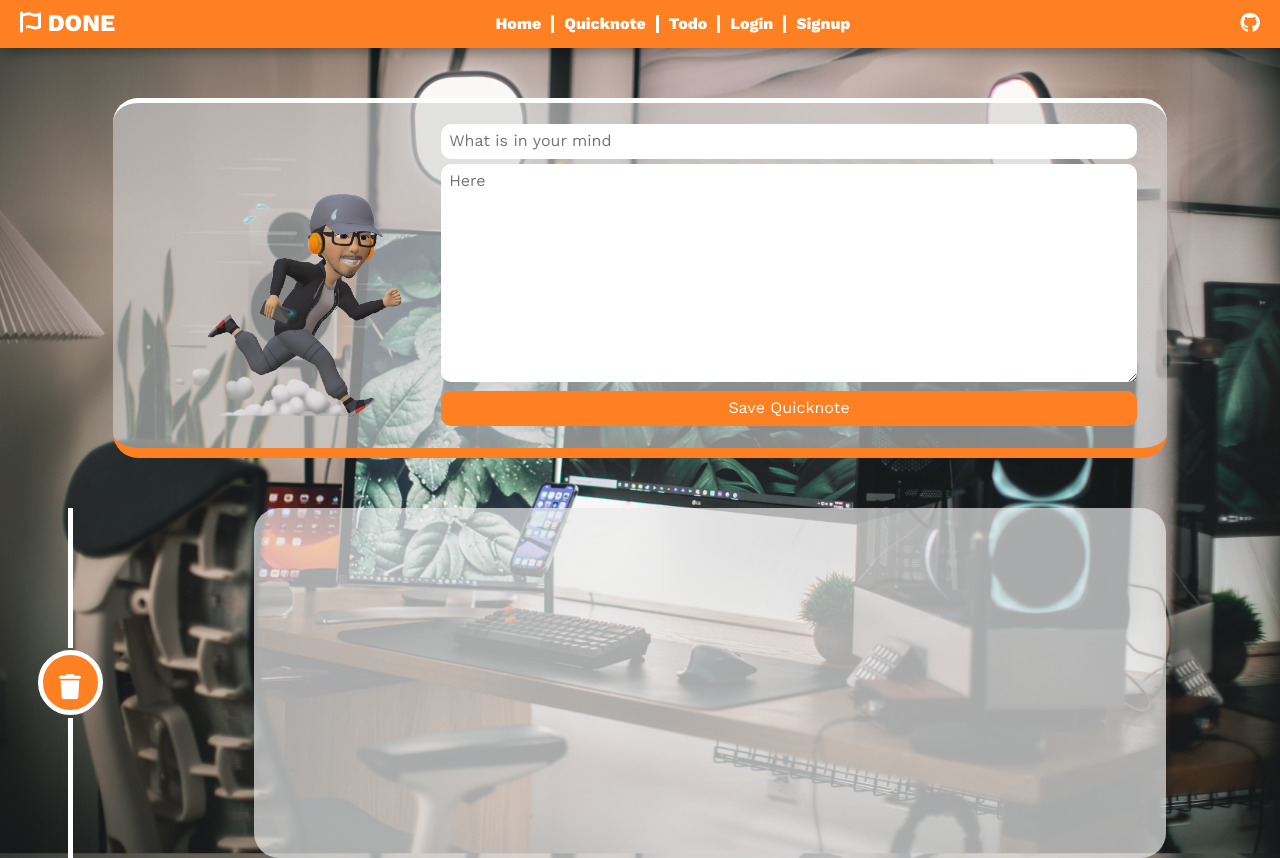
Repository: OmarEssameldinMousa/DONE
Page: quicknote.html
An editor plug-in stored every save of this project. The page is shown before and after the next save, followed by the edit.
The browser window is 1280 px wide. The pictures show the whole page.
The pointer rests on the first visible `.ch_`.
Backgrounds fixed to the window are drawn as part of the page. Some web fonts or font styles are not loaded; a fallback is used.

Above is the page before, as saved 2023-12-18 02:26:29.

After the next save:
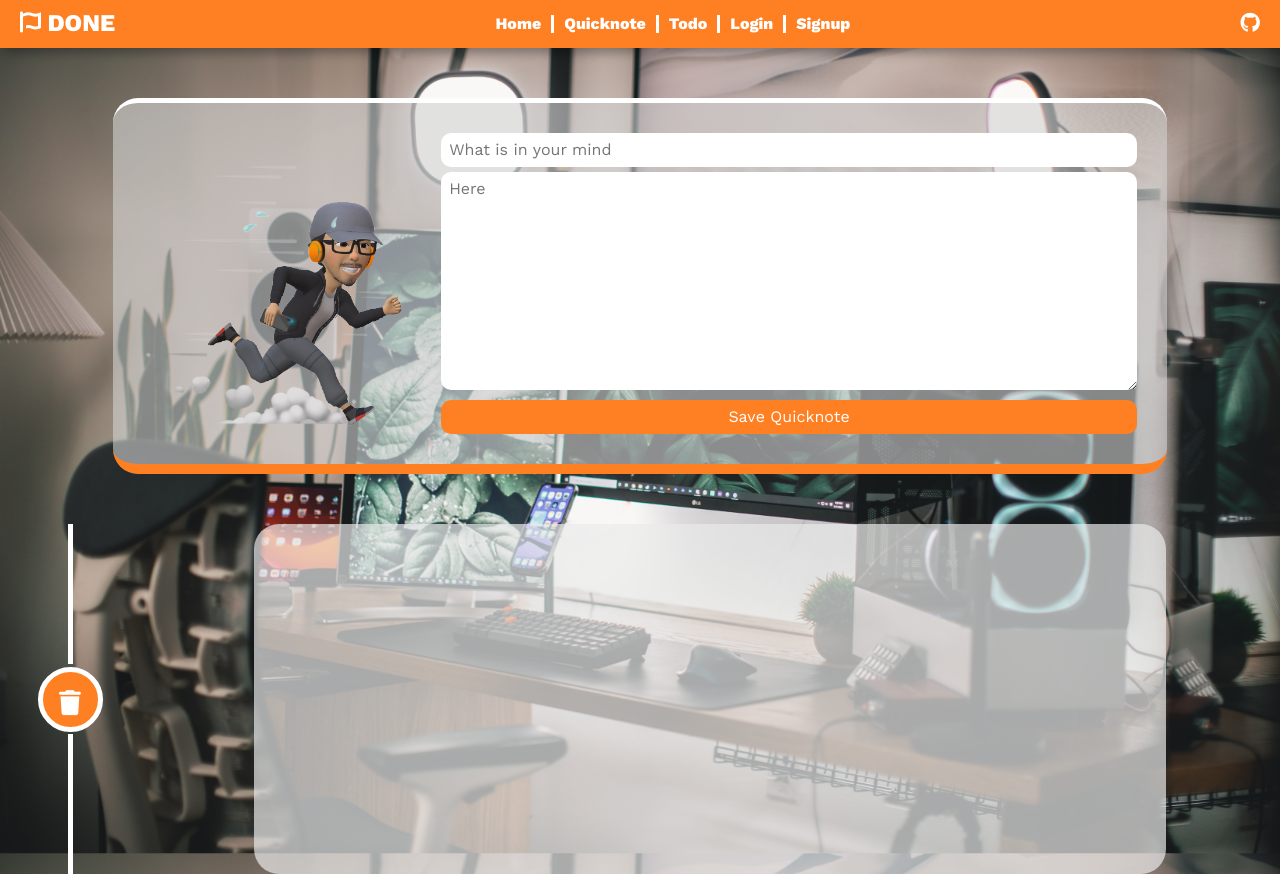
Saved 38 s later.
--- a/CSS/challenges.css
+++ b/CSS/challenges.css
@@ -155,7 +155,7 @@
 }
 .ch_:hover .container1{
     width: calc(80% + 30px);
-    height: 360px;
+    height: auto;
     background-color: rgba(211, 211, 211, 0.6);
 }
 

After the save that followed:
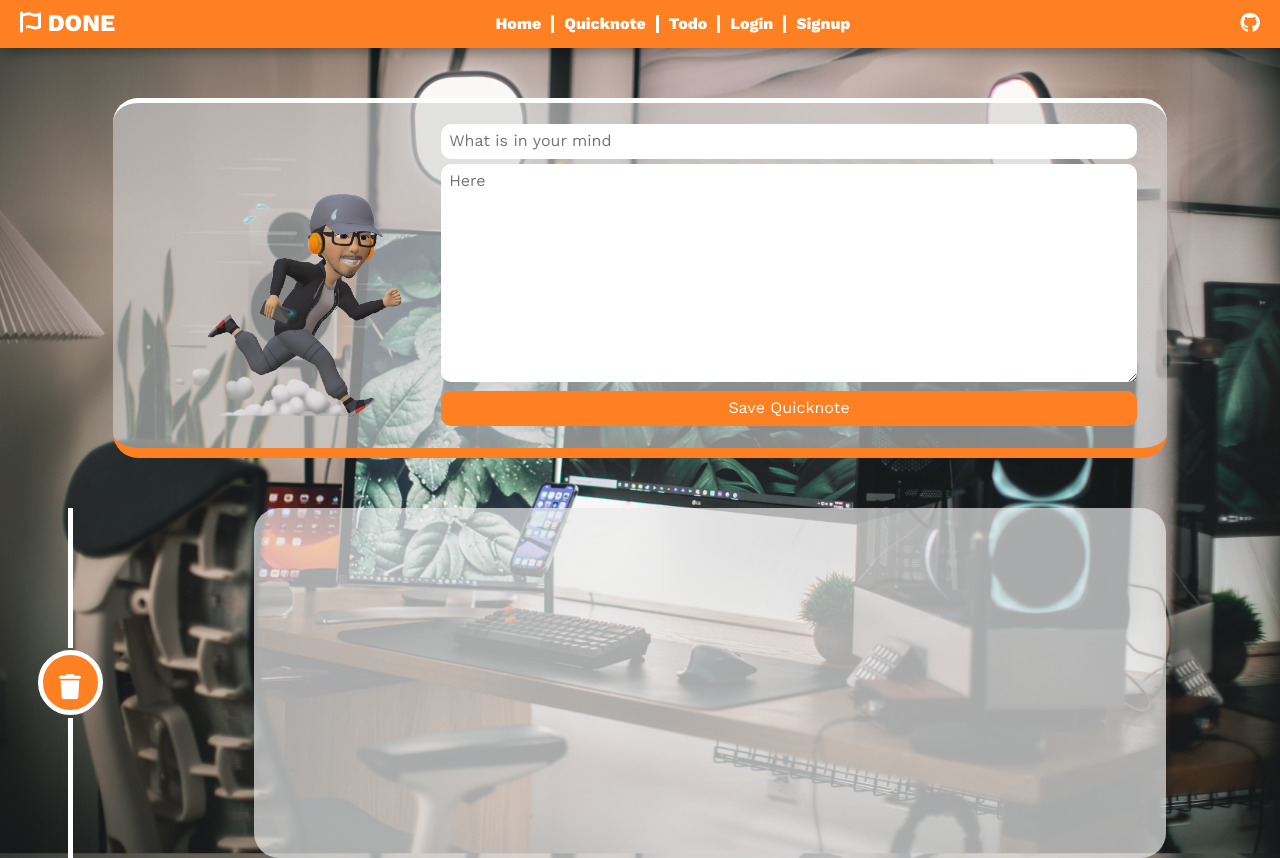
Saved 38 s later.
--- a/CSS/challenges.css
+++ b/CSS/challenges.css
@@ -155,7 +155,7 @@
 }
 .ch_:hover .container1{
     width: calc(80% + 30px);
-    height: auto;
+    height: 360px;
     background-color: rgba(211, 211, 211, 0.6);
 }
 
